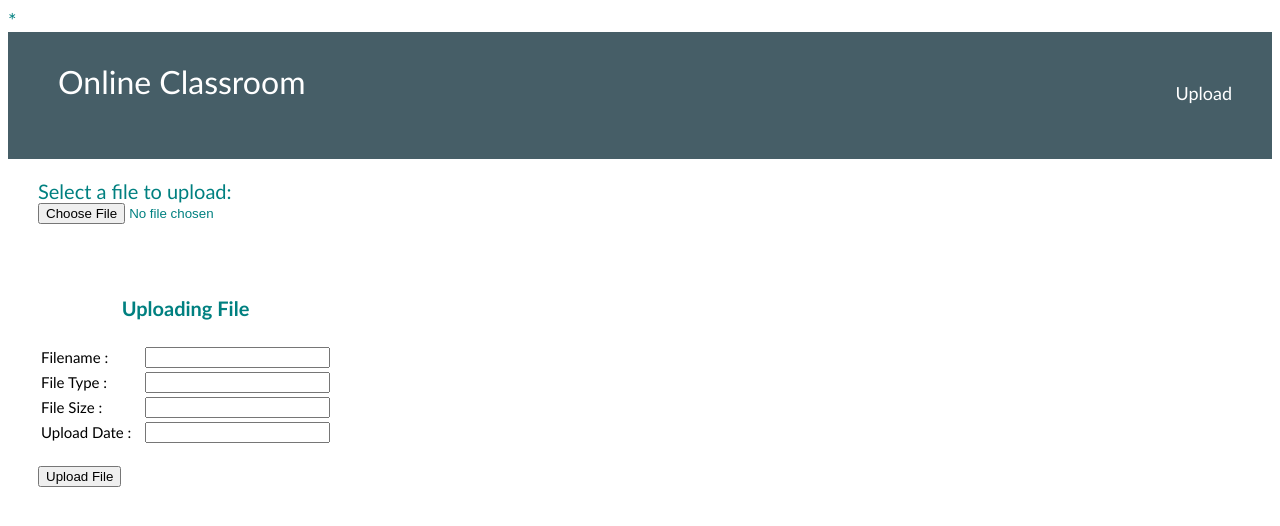
Repository: cs192-s2-2013/coffee
Page: http://localhost/BCOnlineClassroom/WEB-INF/jsp/upload.jsp
These files come from the project's save history. The page is drawn as it stood at one moment and after the next save; the edit follows.
The browser window is 1280 px wide. The pictures show the whole page.
The page is served by Tomcat 9. Nobody is signed in. Other server files are loaded and not shown. The template is opened directly, without the code that normally fills it, so the values that code supplies are empty.

Above is the page before, as saved 2014-03-01 03:35:27.

### BCOnlineClassroom/WebContent/WEB-INF/jsp/upload.jsp
<!--  Edit starts here -->
<%@ taglib uri="http://www.springframework.org/tags/form" prefix="form"%> *
<!--  Edit ends here -->

<%@ taglib uri="http://java.sun.com/jsp/jstl/core" prefix="c" %>
<%@ page session="false" %>

<html>
<head>
<meta http-equiv="Content-Type" content="text/html; charset=UTF-8">
<title>Upload</title>

<!--  Edit starts here -->
<style>
body {
	font-size: 20px;
	color: teal;
	font-family: Calibri;
}

td {
	font-size: 15px;
	color: black;
	width: 100px;
	height: 22px;
	text-align: left;
}

.heading {
	font-size: 18px;
	color: white;
	font: bold;
	background-color: orange;
	border: thick;
}
</style>
<!--  Edit ends here -->

</head>
<body>
<div id="titlebox" style="background-color:#465e67; height:18%; margin-top:none;">
<div id="title" style="margin-top:30px; margin-left:50px; float:left;"><font size="6px" color="white">Online Classroom</font></div>

<div id="menu" style="margin-top:50px; margin-right:40px; float:right; ">
<font color="white"; size ="4px">Upload</font>
</div>
</div>
<div style="margin-top:20px; margin-left:30px; float:left;">
Select a file to upload: <br />
<form action="fileUploaded" method="post" modelAttribute="matFile"
                        enctype="multipart/form-data">
<input type="file" name="file" size="50" />
<br />

<!--  Edit starts here -->
	<center>
		<br /> <br /> <br /> <b>Uploading File </b> <br />
		<br />
		<div>
			<form:form method="post" action="/insert" modelAttribute="matFile">
				<table>
					<tr>
						<td>Filename :</td>
						<td><form:input path="fileName" /></td>
					</tr>
					<tr>
						<td>File Type :</td>
						<td><form:input path="fileType" /></td>
					</tr>
					<tr>
						<td>File Size :</td>
						<td><form:input path="fileSize" /></td>
					</tr>
					<tr>
						<td>Upload Date :</td>
						<td><form:input path="uploadDate" /></td>
					</tr>
				</table>
			</form:form>
		</div>
	</center>
<!-- Edit ends here -->

<input type="submit" value="Upload File" />
</form>
</div>


</body>
</html>

After the next save:
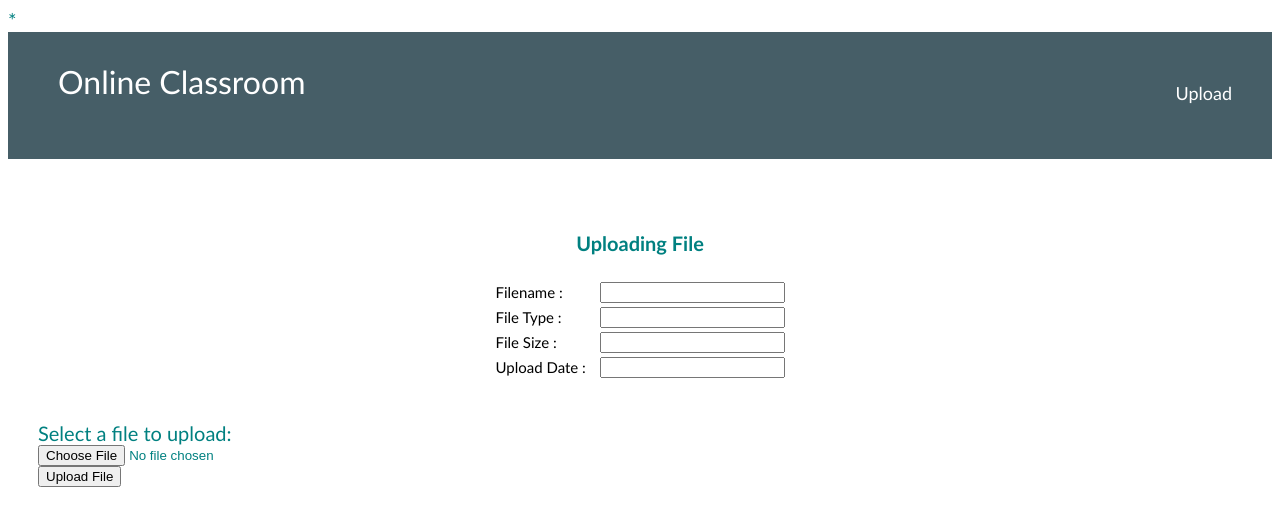
Saved 2 min 47 s later.
--- a/BCOnlineClassroom/WebContent/WEB-INF/jsp/upload.jsp
+++ b/BCOnlineClassroom/WebContent/WEB-INF/jsp/upload.jsp
@@ -45,12 +45,6 @@ td {
 <font color="white"; size ="4px">Upload</font>
 </div>
 </div>
-<div style="margin-top:20px; margin-left:30px; float:left;">
-Select a file to upload: <br />
-<form action="fileUploaded" method="post" modelAttribute="matFile"
-                        enctype="multipart/form-data">
-<input type="file" name="file" size="50" />
-<br />
 
 <!--  Edit starts here -->
 	<center>
@@ -81,6 +75,13 @@ Select a file to upload: <br />
 	</center>
 <!-- Edit ends here -->
 
+<div style="margin-top:20px; margin-left:30px; float:left;">
+Select a file to upload: <br />
+<form action="fileUploaded" method="post" modelAttribute="matFile"
+                        enctype="multipart/form-data">
+<input type="file" name="file" size="50" />
+<br />
+
 <input type="submit" value="Upload File" />
 </form>
 </div>
